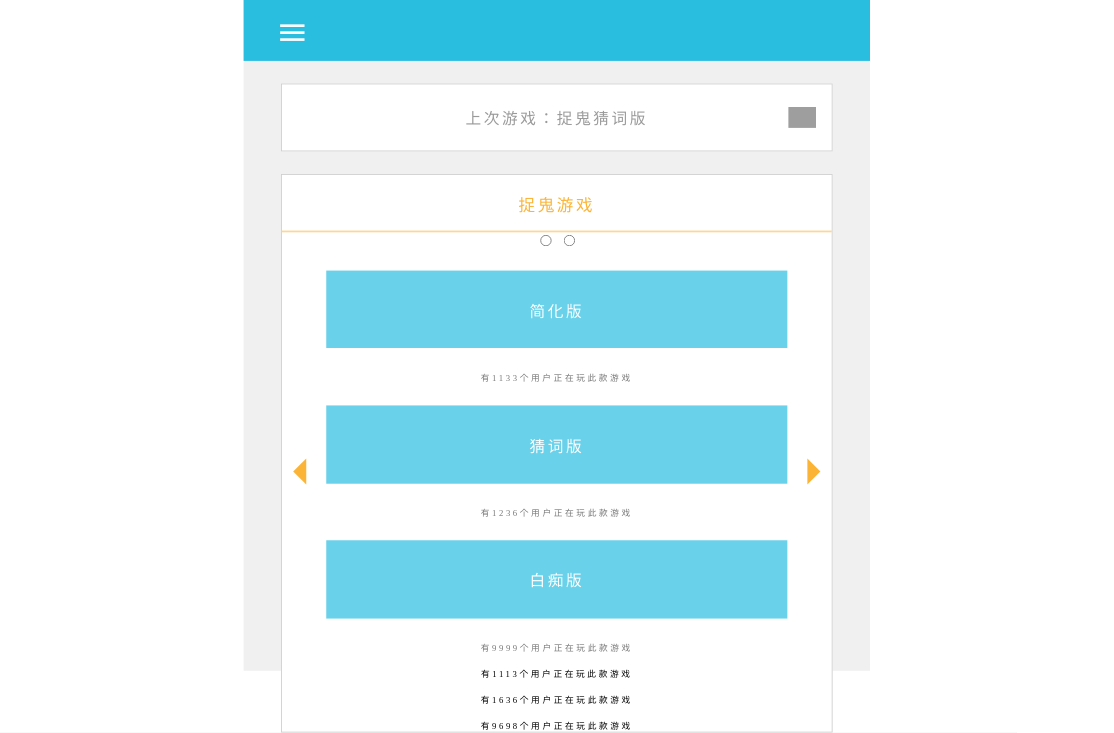
Repository: leozhangpd/My-Codes
Page: JS/two-project/home_page.html
These files come from the project's save history. The page is drawn as it stood at one moment and after the next save; the edit follows.
The browser window is 1280 px wide. The pictures show the whole page, at 87% of full size.
Pictures or frames that could not be fetched are drawn as grey boxes.

Above is the page before, as saved 2020-11-06 15:46:51.

After the next save:
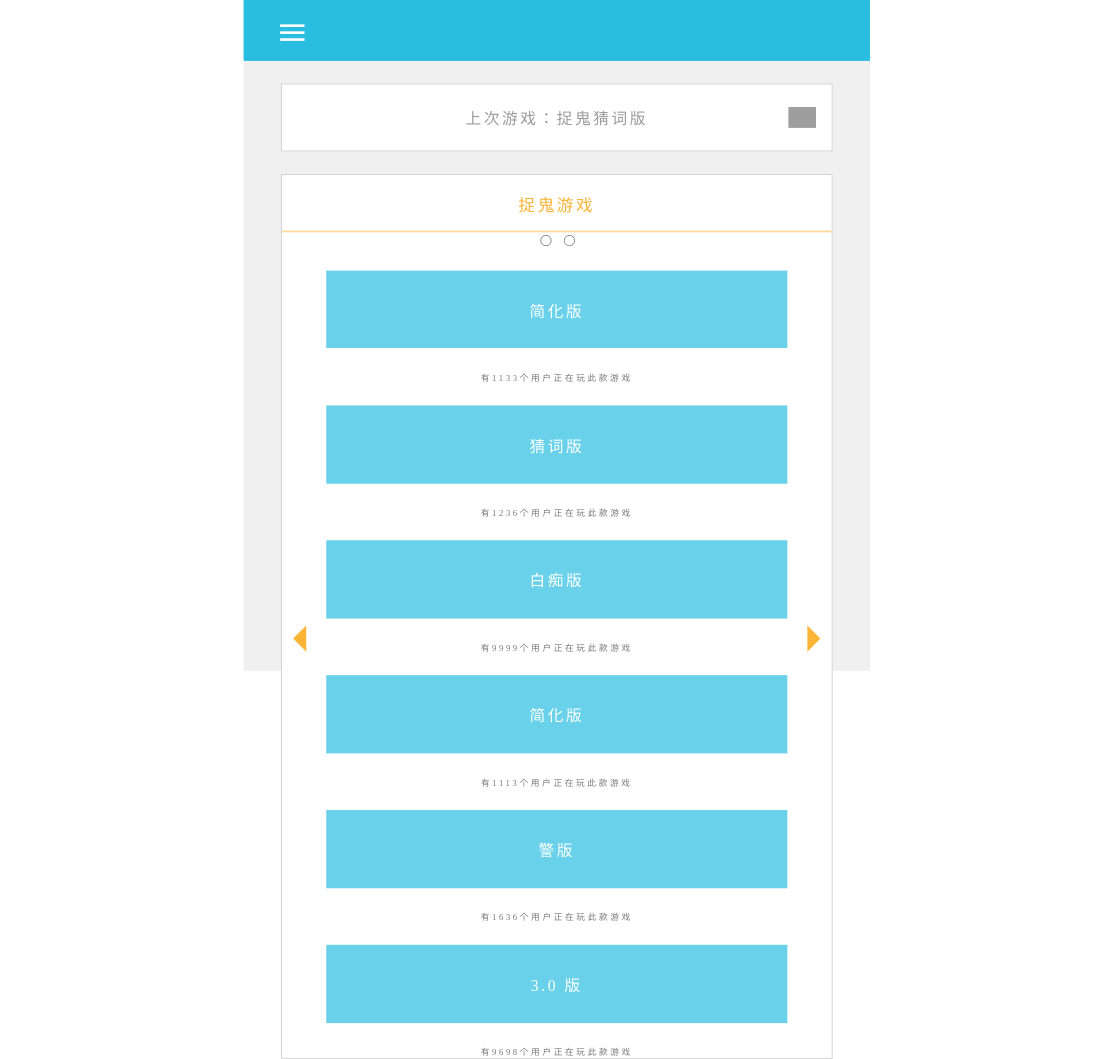
Saved 57 s later.
--- a/JS/two-project/home_page.html
+++ b/JS/two-project/home_page.html
@@ -32,7 +32,7 @@
                 <li><a href="#">白痴版</a></li>
                 <li>有9999个用户正在玩此款游戏</li>
             </ul>
-            <ul class="list-2" id="out-2">
+            <ul class="list" id="out-2">
                 <li><a href="#" id="in-2">简化版</a></li>
                 <li>有1113个用户正在玩此款游戏</li>
                 <li><a href="#">警版</a></li>
